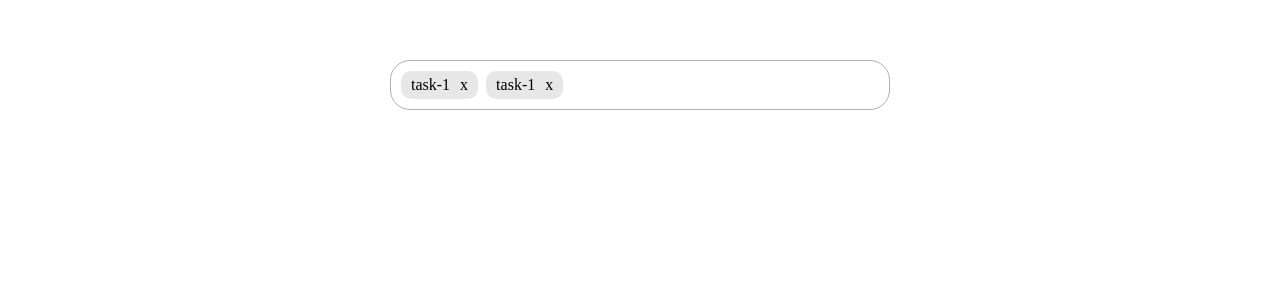
Repository: OkazakiTruong/selectOption
Page: /
These files come from the project's save history. The page is drawn as it stood at one moment and after the next save; the edit follows.
The browser window is 1280 px wide. The pictures show the whole page.
The project was rebuilt for these pictures with package versions that can differ from the ones it lists, and the page was loaded fresh each time. Also part of the build but not shown: vite.config.js.

Above is the page before, as saved 2024-01-17 21:27:39.

### src/App.jsx
import React from "react";
import { SelectBoxContainer } from "./SelectBox/SelectBoxContainer";

export default function App() {
  return (
    <div>
      <SelectBoxContainer />
    </div>
  );
}

### src/SelectBox/SelectBoxContainer.jsx
import React from "react";
import "./selectbox.css";
import { SelectBox } from "./SelectBox";

export const SelectBoxContainer = () => {
  return (
    <div className="select-container">
      <SelectBox />
    </div>
  );
};

### src/SelectBox/selectbox.css
.select-container {
  width: 500px;
  margin: 60px auto;
}
.select-input {
  display: flex;
  flex-wrap: wrap;
  align-items: center;
  justify-content: flex-start;
  width: 500px;
  padding: 10px;
  border: 1px solid #afafaf;
  border-radius: 20px;
  gap: 8px;
}
.select-input.focus {
  border: 2px solid black;
}
.select-input .input {
  border: none;
  outline: none;
  flex: 2;
}
.select-item {
  padding: 5px 10px;
  background-color: #e7e7e7;
  border-radius: 10px;
  display: flex;
  align-items: center;
}
.select-item .btn-delete {
  margin-left: 10px;
}

### src/SelectBox/SelectBox.jsx
import React, { useRef } from "react";

export const SelectBox = () => {
  const inputRef = useRef(null);
  const selectInputRef = useRef(null);
  const handleFocus = () => {
    selectInputRef.current.classList.add("focus");
  };
  const handleBlur = () => {
    selectInputRef.current.classList.remove("focus");
  };
  const handleClick = () => {
    console.log(selectInputRef.current.classList.contains("focus"));
    if (!selectInputRef.current.classList.contains("focus")) {
      inputRef.current.focus();
    }
  };
  return (
    <>
      <div className="select-input" ref={selectInputRef} onClick={handleClick}>
        <div className="select-item">
          <span>task-1</span>
          <span className="btn-delete">x</span>
        </div>
        <div className="select-item">
          <span>task-1</span>
          <span className="btn-delete">x</span>
        </div>
        <input
          className="input"
          ref={inputRef}
          onFocus={handleFocus}
          onBlur={handleBlur}
        ></input>
      </div>
    </>
  );
};

Loaded but not shown: index.html (common file); src/main.jsx (common file); src/index.css (common file)

After the next save:
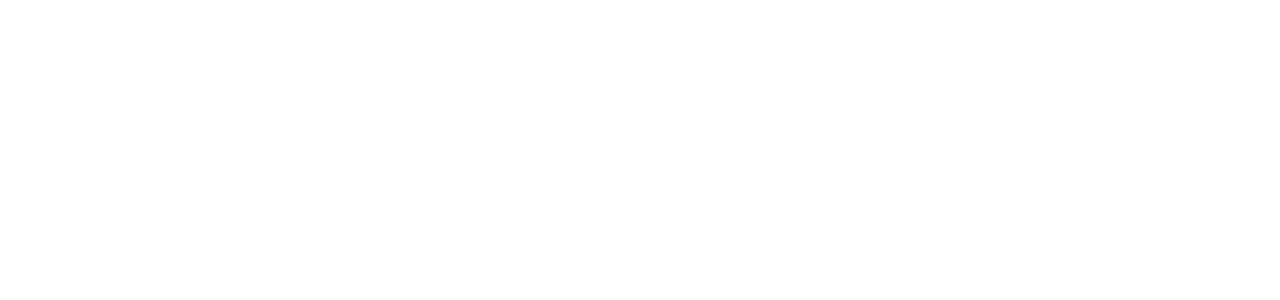
Console error: ReferenceError: FontAwesomeIcon is not defined
Saved 8 min 34 s later.
--- a/src/SelectBox/SelectBox.jsx
+++ b/src/SelectBox/SelectBox.jsx
@@ -21,6 +21,7 @@
         <div className="select-item">
           <span>task-1</span>
           <span className="btn-delete">x</span>
+          <FontAwesomeIcon icon="fa-solid fa-magnifying-glass" />
         </div>
         <div className="select-item">
           <span>task-1</span>

After the 2 saves that followed:
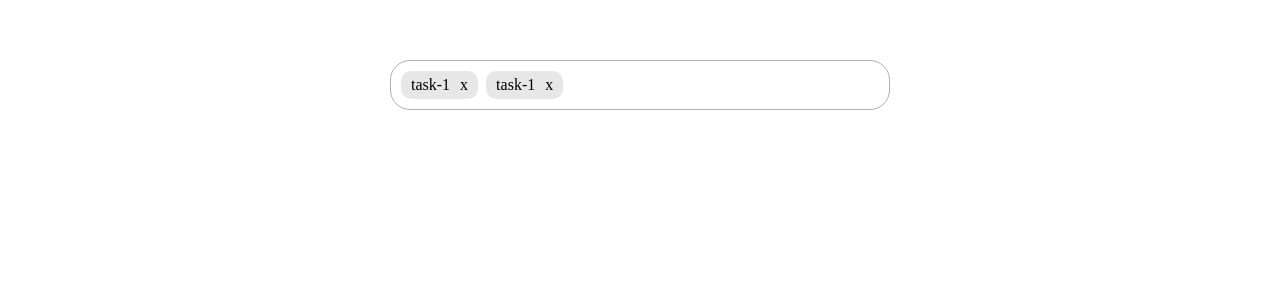
The error is gone.
The 2 saves are shown as one change because 1 left the picture as it was.
The last was saved 29 s later.
--- a/src/SelectBox/SelectBox.jsx
+++ b/src/SelectBox/SelectBox.jsx
@@ -1,3 +1,4 @@
+import { FontAwesomeIcon } from "@fortawesome/react-fontawesome";
 import React, { useRef } from "react";
 
 export const SelectBox = () => {
@@ -21,7 +22,6 @@
         <div className="select-item">
           <span>task-1</span>
           <span className="btn-delete">x</span>
-          <FontAwesomeIcon icon="fa-solid fa-magnifying-glass" />
         </div>
         <div className="select-item">
           <span>task-1</span>
@@ -33,6 +33,7 @@
           onFocus={handleFocus}
           onBlur={handleBlur}
         ></input>
+        <FontAwesomeIcon icon="fa-solid fa-magnifying-glass" />
       </div>
     </>
   );
